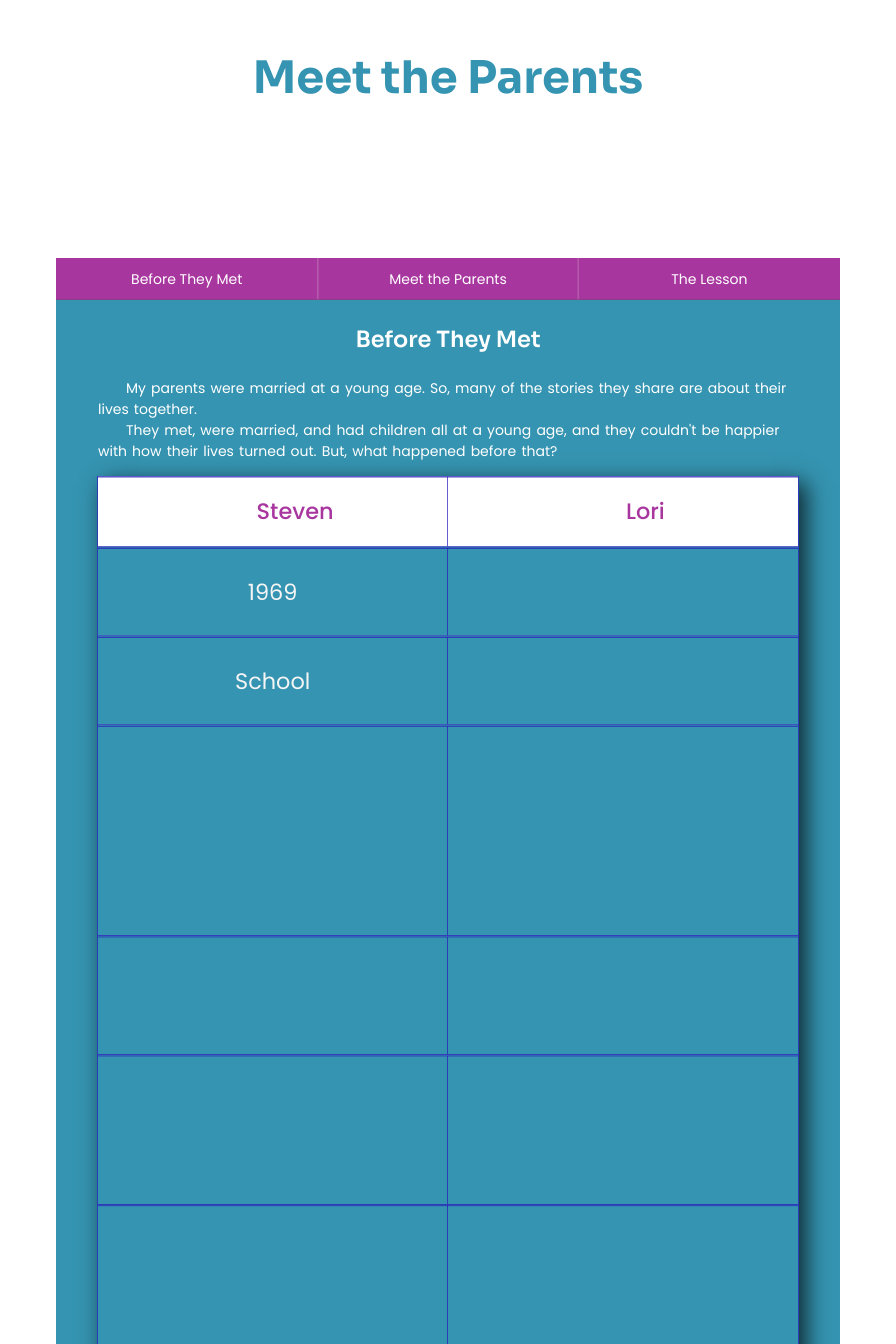
Repository: Sbethm/parents-tribute
Page: timeline.html
The author's editor kept a copy of each file at every save. The page is drawn from the files as they stood at one save, then again after the next save.
The browser window is 1280 px wide. The pictures show the part of the page from y = 0 to 1920 px (the page is 3702 px tall before and 3548 px after), at 70% of full size.

Above is the page before, as saved 2021-02-24 13:50:01.

After the next save:
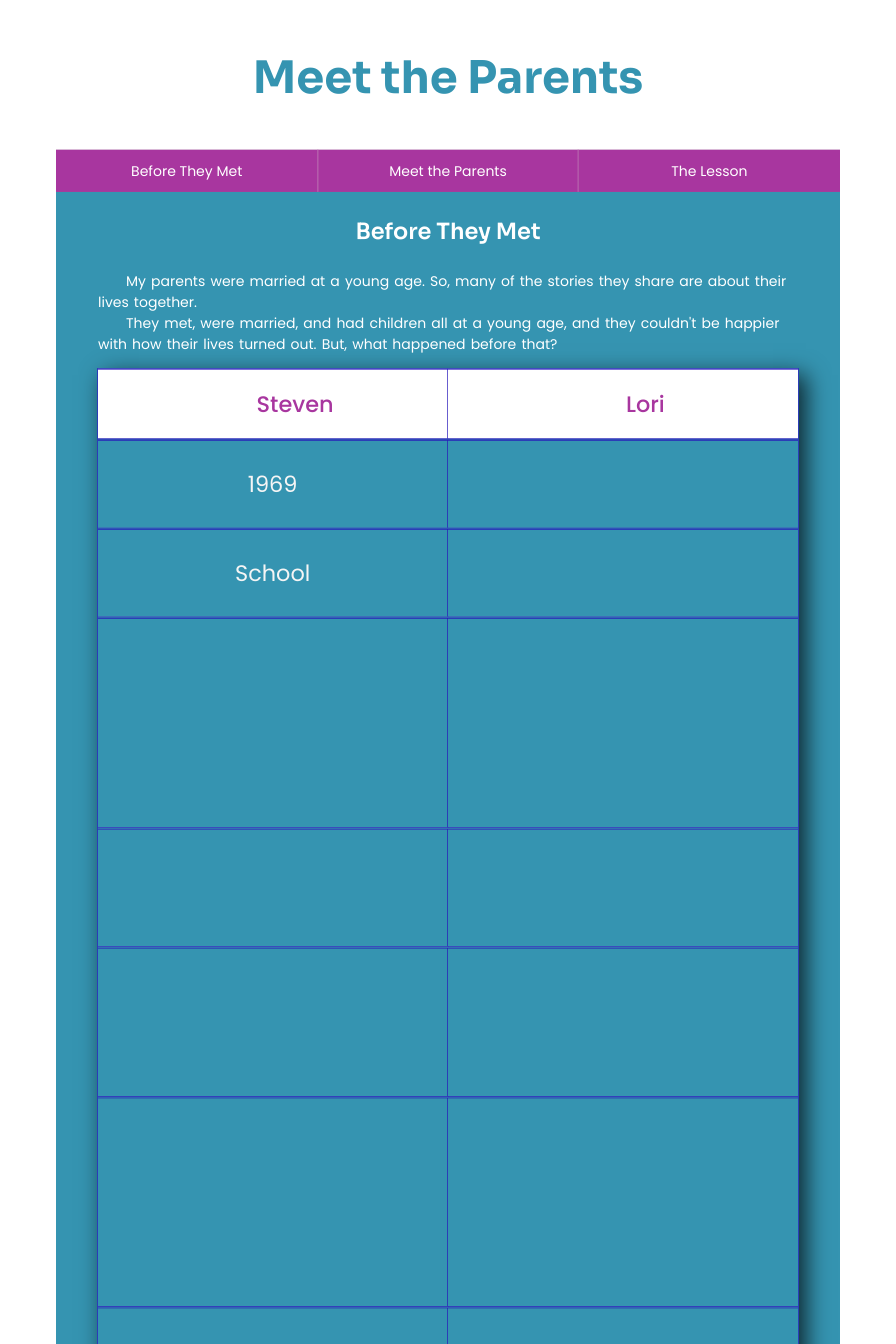
Saved 11 s later.
--- a/style.css
+++ b/style.css
@@ -136,11 +136,6 @@ h1 {
 
 .navigation {
     max-width: 100vw;
-    margin-top: 154px;
-    position: sticky;
-    top: 0;
-    z-index: 3;
-    overflow: hidden;
     background-color: rgb(126, 66, 121);
     text-align: center;
     display: grid;
